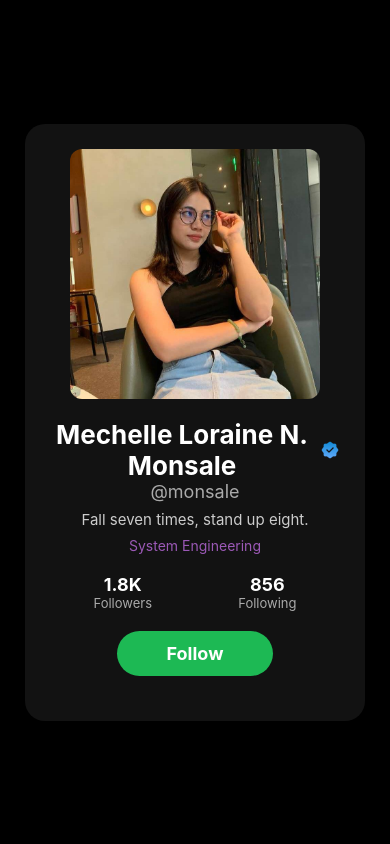
Repository: chelloraine/ProfileCard
Screen: /
These files come from the project's save history. The screen is drawn as it stood at one moment and after the next save; the edit follows.
The app was drawn by React Native's web renderer in a window 390 px wide. The project was rebuilt for these pictures with package versions that can differ from the ones it lists, and the page was loaded fresh each time.

Above is the screen before, as saved 2025-08-31 23:43:17.

After the next save:
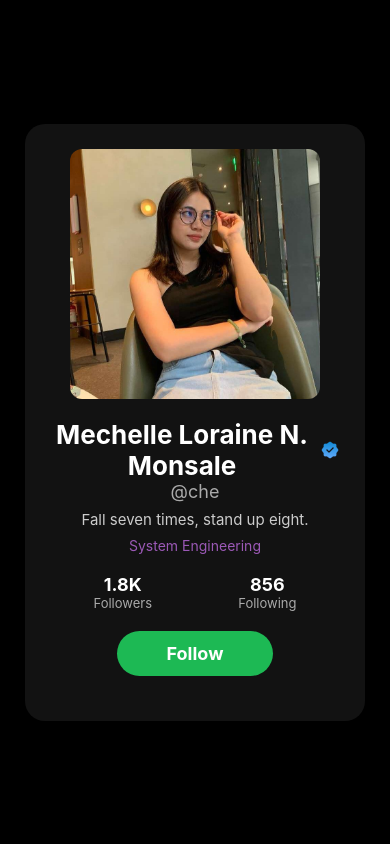
Saved 14 s later.
--- a/profileCard.js
+++ b/profileCard.js
@@ -19,7 +19,7 @@ export default function ProfileCard() {
           </Text>
           <Image source={require("./assets/verified.png")} style={styles.verified} />
         </View>
-        <Text style={styles.username}>@monsale</Text>
+        <Text style={styles.username}>@che</Text>
         <Text style={styles.bio}>
           Fall seven times, stand up eight.
         </Text>
